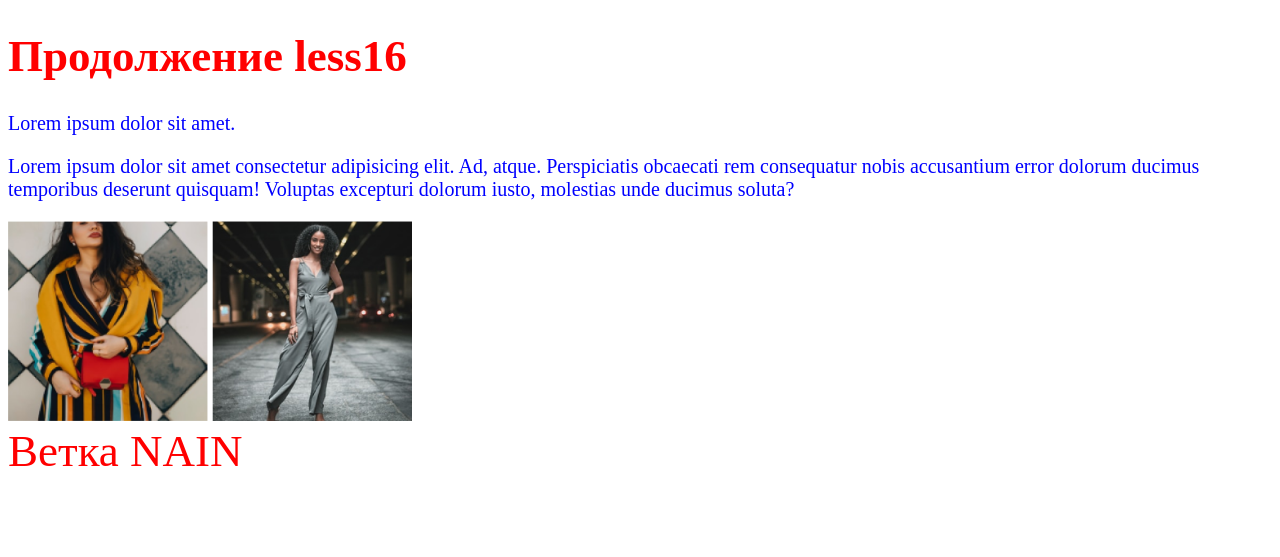
Repository: sparrowkg/lessen16
Page: index.html
An editor plug-in stored every save of this project. The page is shown before and after a run of saves, followed by the edit.
The browser window is 1280 px wide. The pictures show the whole page.

Above is the page before, as saved 2024-02-07 17:25:24.

After the next 5 saves:
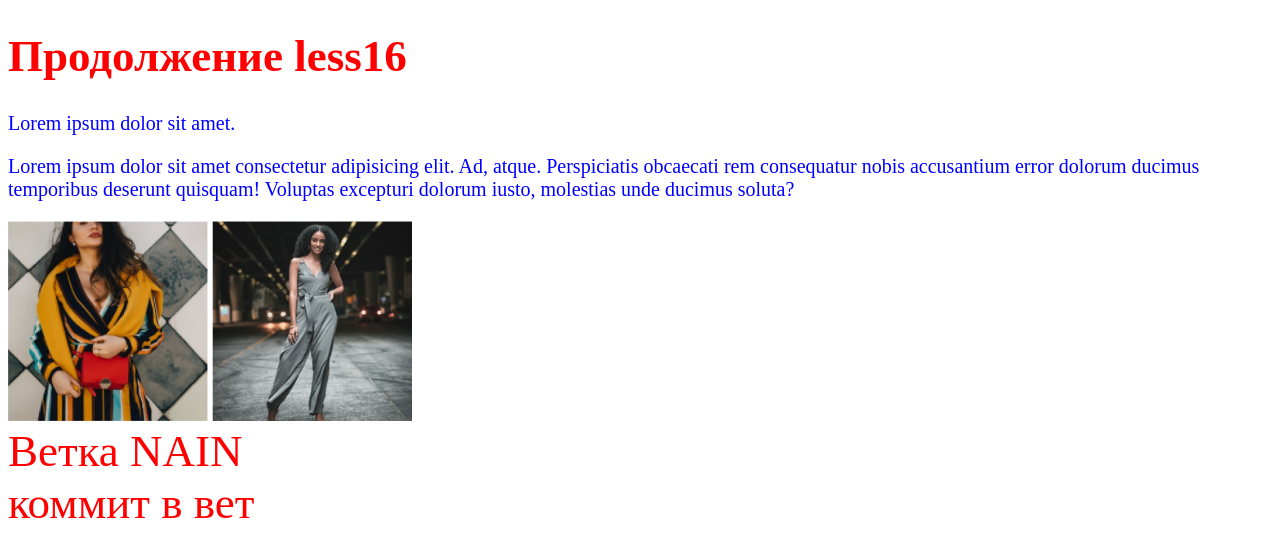
The 5 saves are shown as one change because they came seconds apart.
The last was saved 14 s later.
--- a/index.html
+++ b/index.html
@@ -13,6 +13,6 @@
     <img src="./images/Rectangle 13.png" alt="">
     <img src="./images/Rectangle 14.png" alt="">
     <div>Ветка NAIN</div>
-    <div></div>
+    <div>коммит в вет</div>
 </body>
 </html>
